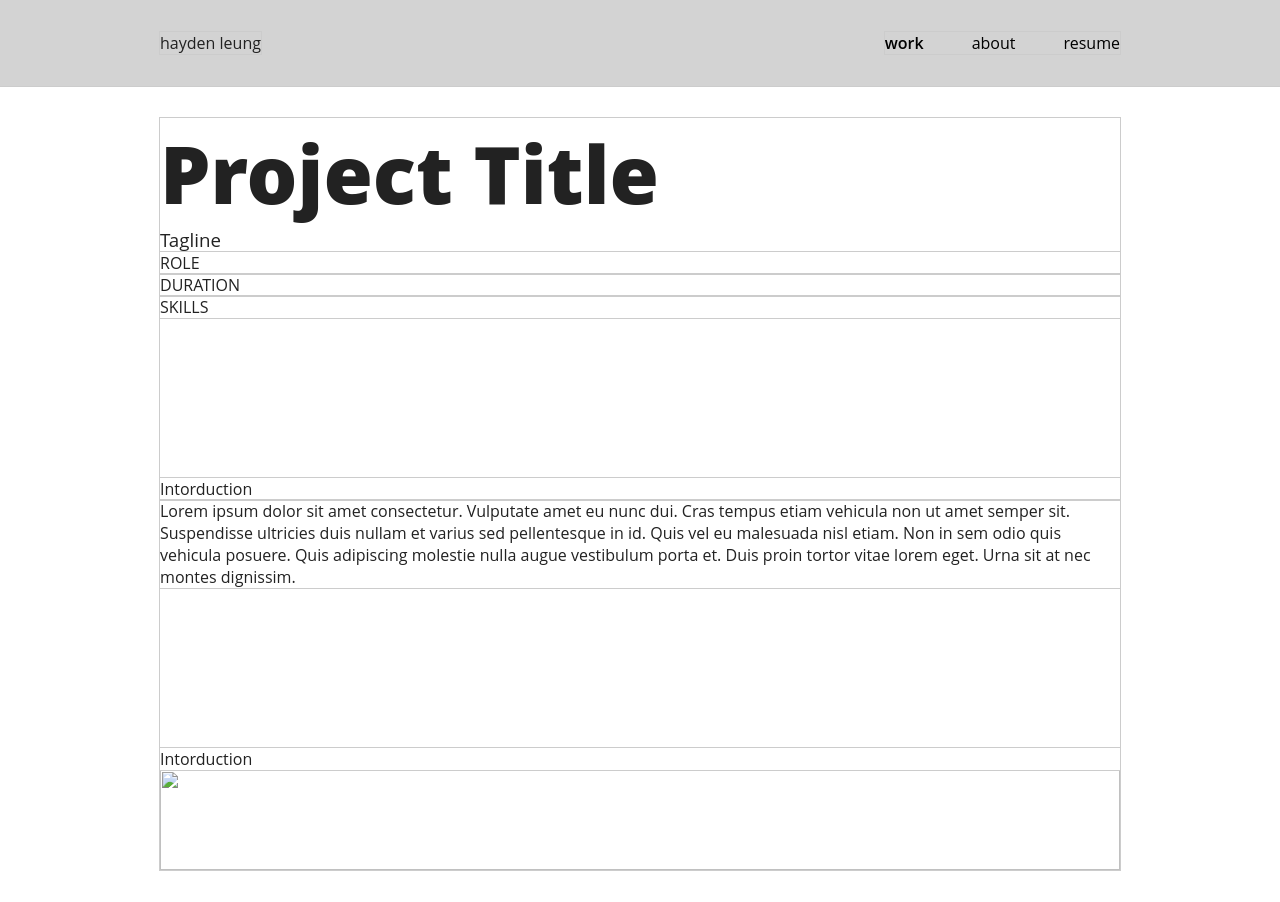
Repository: Haydenleung/Artifact
Page: /
The author's editor kept a copy of each file at every save. The page is drawn from the files as they stood at one save, then again after the next save.
The browser window is 1280 px wide. The pictures show the whole page.
The project was rebuilt for these pictures with package versions that can differ from the ones it lists, and the page was loaded fresh each time. The framework's server and built-in components were replaced by stand-ins that run in the browser. Also part of the build but not shown: next.config.mjs.

Above is the page before, as saved 2024-01-29 00:00:30.

### src/pages/index.tsx
import Image from "next/image";
import Navbar from "@/components/Navbar";
import CaseStudy from "@/components/CaseStudy";

export default function Home() {
  return (
    <main className={"page"}>
      <Navbar />
      <div className={"caseStudy"}>
        <CaseStudy />
      </div>
    </main>
  )
}

### src/styles/globals.css
/* ==========================================================================
    [Table of contents]

    1. BASE
        1.1 Page Rendering Defaults
        1.2 Core Styling
        1.3 Typography
    2. LAYOUT
        2.1 Core Layout
        2.2 Small only
        2.3 medium and up
        2.4 Medium only
        2.5 large screens and up
    3. UTILITY classes
    4. PRINT

    ========================================================================== */

/* ==========================================================================
   BASE
   ========================================================================== */

/* 1.1 Page Rendering Defaults */

html {
  color: #222;
  font-size: 1em;
}

::-moz-selection {
  background: #b3d4fc;
  text-shadow: none;
}

::selection {
  background: #b3d4fc;
  text-shadow: none;
}

audio,
canvas,
iframe,
i,
img,
svg,
video {
  vertical-align: middle;
}

fieldset {
  border: 0;
  margin: 0;
  padding: 0;
}

textarea {
  resize: vertical;
}

/* 1.2 Core Styling */

/* refer to https://css-tricks.com/box-sizing/ */

*,
*:before,
*:after {
  box-sizing: border-box;
}

img {
  width: 100%;
}

/* 1.3 Typgraphy */

@import url('https://fonts.googleapis.com/css2?family=Open+Sans:ital,wght@0,300;0,400;0,500;0,600;0,700;0,800;1,300;1,400;1,500;1,600;1,700;1,800&display=swap');

h1,
h2,
h3,
h4,
h5,
h6 {
  font-weight: 400;
  /* text-align: center; */
  margin: 0;
}

h1 {
  font-size: 60pt;
  font-weight: 200;
}

h2 {
  font-size: 16pt;
}

h4 {
  font-size: 9pt;
}

h5 {
  font-size: 8pt;
}

* {
  font-family: 'Open Sans', sans-serif;
}


/* ==========================================================================
 2. LAYOUT
 ========================================================================== */

/* Helper to display empty layout containers*/

div,
main,
section,
footer,
header {
  outline: 1px solid #ccc;
}

body {
  padding: 0;
  margin: 0;
}

/* 2.1 Core layout */

.row {
  display: grid;
  row-gap: 1rem;
}

.col {
  position: relative;
}

.page {
  display: flex;
  flex-direction: column;
  justify-content: center;
  align-items: center;
}

.caseStudy {
  width: 100%;
  padding: 2rem 10rem;
}

/* Navbar */

/* 2.2 Small only */

@media screen and (max-width: 39.9375em) {}

/* 2.3 medium and up */

@media screen and (min-width: 40em) {}

/* 2.4 Medium only */

@media screen and (min-width: 40em) and (max-width: 63.9375em) {}

/* 2.5 large screens and up 2.6 Large only */

/* @media screen and (min-width: 64em) {

} */

### src/components/Navbar/index.tsx
import styles from './navbar.module.css'
import Image from 'next/image'
import Link from 'next/link'
import { useState } from 'react'

export default function Navbar() {

    const [isPage, setIsPage] = useState("Work");

    return (
        <div className={styles.container}>
            <div className={styles.logo}>hayden leung</div>
            <div className={styles.pages}>
                <Link href="/" className={isPage === "Work" ? styles.bold : styles.normal}>work</Link>
                <Link href="/" className={isPage === "about" ? styles.bold : styles.normal}>about</Link>
                <Link href="/" className={isPage === "resume" ? styles.bold : styles.normal}>resume</Link>
            </div>
        </div>
    )
}

### src/components/CaseStudy/index.tsx
import Image from "next/image"
import styles from './casestudy.module.css'

export default function CaseStudy() {
    return (
        <div className={styles.project}>
            <div className={styles.titleSection}>
                <h1 className={styles.projetTitle}>Project Title</h1>
                <h3 className={styles.projectTagline}>Tagline</h3>
                <div className={styles.projectInfo}>
                    <div>ROLE</div>
                    <div>DURATION</div>
                    <div>SKILLS</div>
                </div>
            </div>
            <div className={styles.introduction}>
                <div className={styles.introTitle}>Intorduction</div>
                <div className={styles.introBody}>Lorem ipsum dolor sit amet consectetur. Vulputate amet eu nunc dui. Cras tempus etiam vehicula non ut amet semper sit. Suspendisse ultricies duis nullam et varius sed pellentesque in id. Quis vel eu malesuada nisl etiam. Non in sem odio quis vehicula posuere. Quis adipiscing molestie nulla augue vestibulum porta et. Duis proin tortor vitae lorem eget. Urna sit at nec montes dignissim.</div>
            </div>
            <div className={styles.process}>
                <div className={styles.processTitle}>Intorduction</div>
                <Image src="/" alt="" width={100} height={100} />
            </div>
        </div>
    )
}

### src/components/Navbar/navbar.module.css
.container {
    background-color: lightgrey;
    padding: 0.5rem;
    width: 100%;
    padding: 2rem 10rem;
    display: flex;
    flex-direction: row;
    justify-content: space-between;
    position: sticky;
    min-height: 44px;
}

.logo {}

.pages {
    display: flex;
    flex-direction: row;
    gap: 3rem;
}

.bold {
    font-weight: 600;
    color: black;
    text-decoration: none;
}

.normal {
    color: black;
    text-decoration: none;
}

### src/components/CaseStudy/casestudy.module.css
.project {
    display: flex;
    flex-direction: column;
    gap: 10rem;
}

.projetTitle {
    font-weight: 800;
}

Loaded but not shown: src/pages/_app.tsx (common file); src/pages/_document.tsx (common file); src/pages/api/hello.ts (common file)

After the next save:
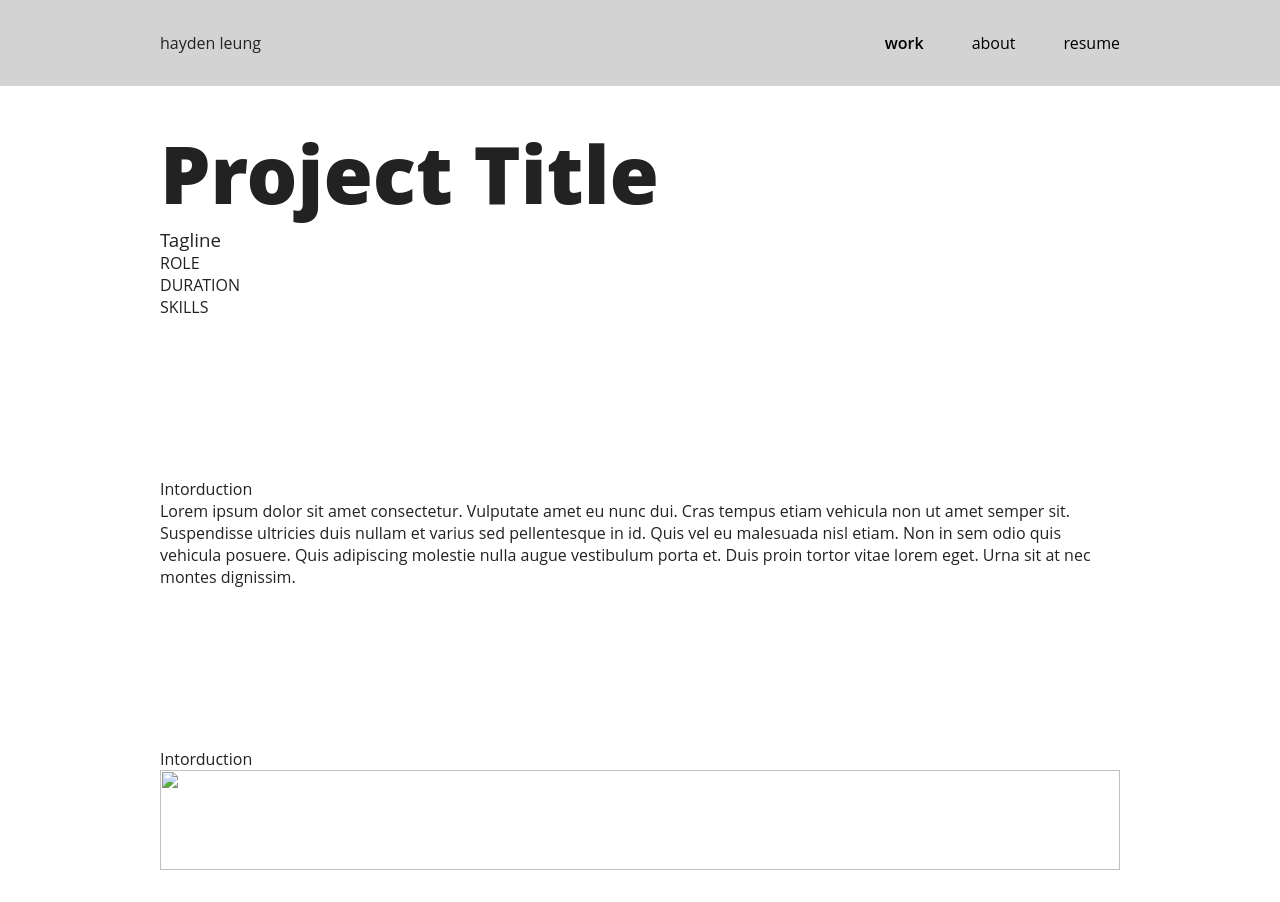
Saved 28 s later.
--- a/src/styles/globals.css
+++ b/src/styles/globals.css
@@ -119,7 +119,7 @@ main,
 section,
 footer,
 header {
-  outline: 1px solid #ccc;
+  /* outline: 1px solid #ccc; */
 }
 
 body {
